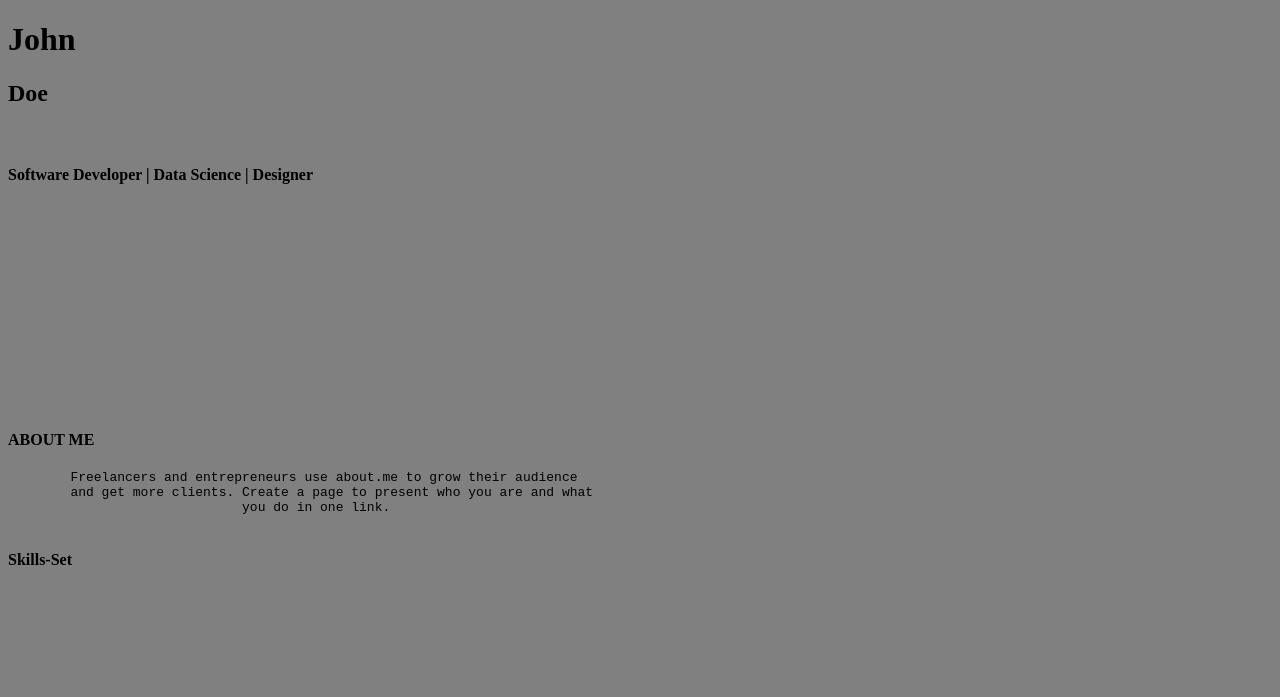
Repository: mrjayajay/week-1-code-challenges
Page: assignment/index.html
The author's editor kept a copy of each file at every save. The page is drawn from the files as they stood at one save, then again after the next save.
The browser window is 1280 px wide. The pictures show the whole page.

Above is the page before, as saved 2024-03-10 17:02:45.

After the next save:
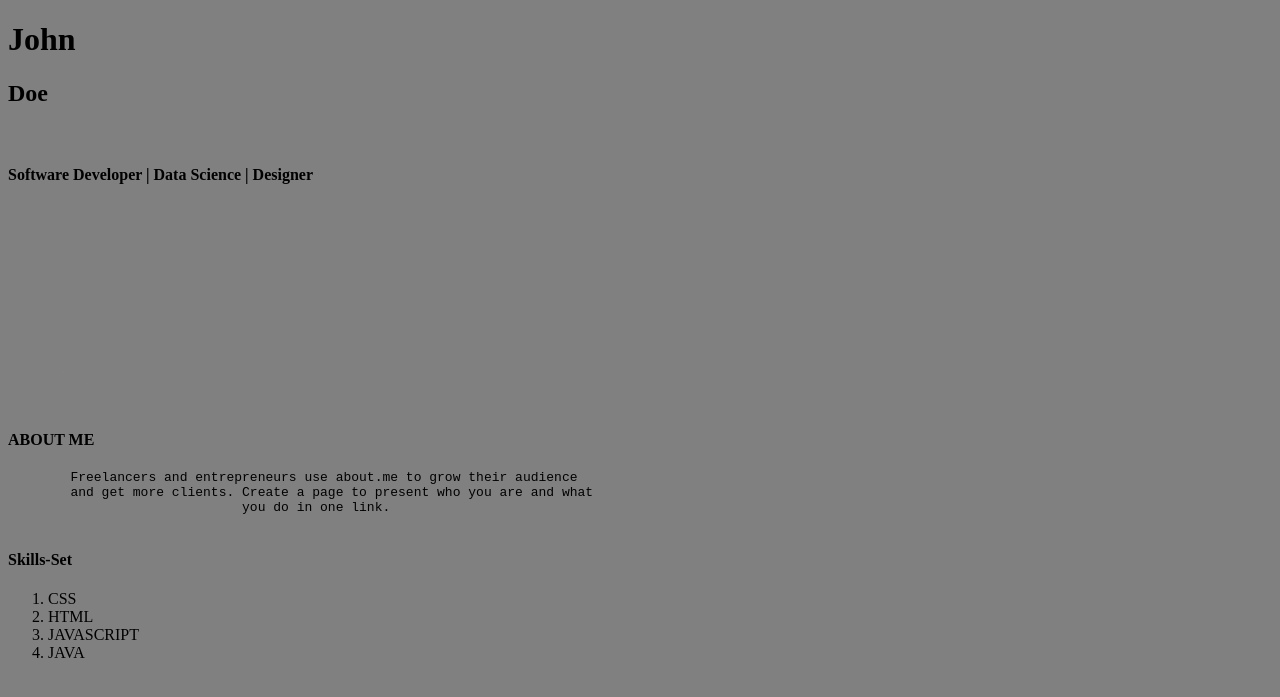
Saved 76 s later.
--- a/assignment/index.html
+++ b/assignment/index.html
@@ -23,7 +23,12 @@
                               you do in one link.
     </pre>
     <h4>Skills-Set</h4>
-
+    <ol>
+        <li>CSS</li>
+        <LI>HTML</LI>
+        <LI>JAVASCRIPT</LI>
+        <LI>JAVA</LI>
+    </ol>
 
 
         </body>
